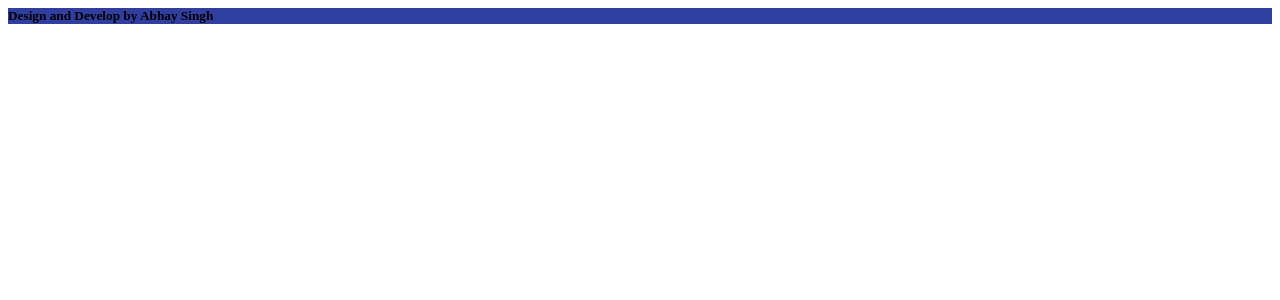
Repository: ShivammGiri29/Ebook
Page: http://localhost/Ebook-App/admin/footer.jsp
The author's editor kept a copy of each file at every save. The page is drawn from the files as they stood at one save, then again after the next save.
The browser window is 1280 px wide. The pictures show the whole page.
The page is served by Tomcat 9. Other server files are loaded and not shown.

Above is the page before, as saved 2025-09-15 13:27:45.

### Ebook-App/src/main/webapp/admin/footer.jsp
<div class="container-fluid text-center text-center text-white p-3 mt-2"
	style="background-color: #303f9f">
	<h5>
		<i class="fa-solid fa-copyright"></i> Design and Develop by Abhay Singh
	</h5>
</div>

After the next save:
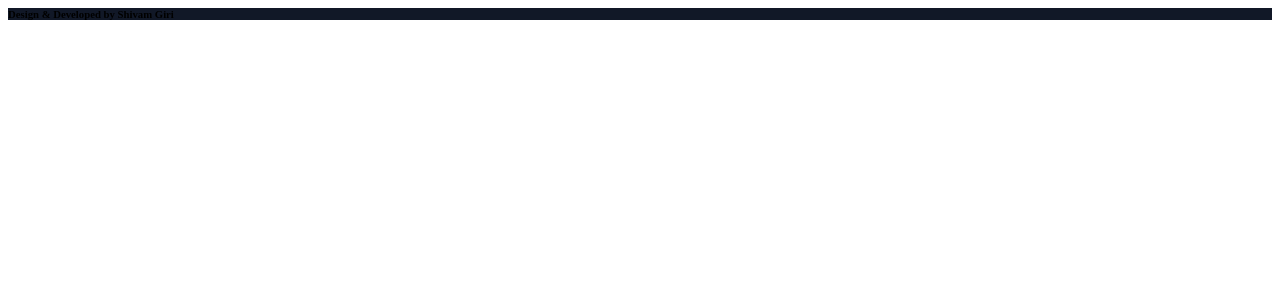
Saved 3 min 44 s later.
--- a/Ebook-App/src/main/webapp/admin/footer.jsp
+++ b/Ebook-App/src/main/webapp/admin/footer.jsp
@@ -1,6 +1,7 @@
-<div class="container-fluid text-center text-center text-white p-3 mt-2"
-	style="background-color: #303f9f">
-	<h5>
-		<i class="fa-solid fa-copyright"></i> Design and Develop by Abhay Singh
-	</h5>
+<!-- Footer -->
+<div class="container-fluid text-center text-white p-3 mt-2"
+     style="background-color: #111827;">
+  <h6 class="mb-0">
+    <i class="fa-solid fa-copyright"></i> Design & Developed by Shivam Giri
+  </h6>
 </div>
